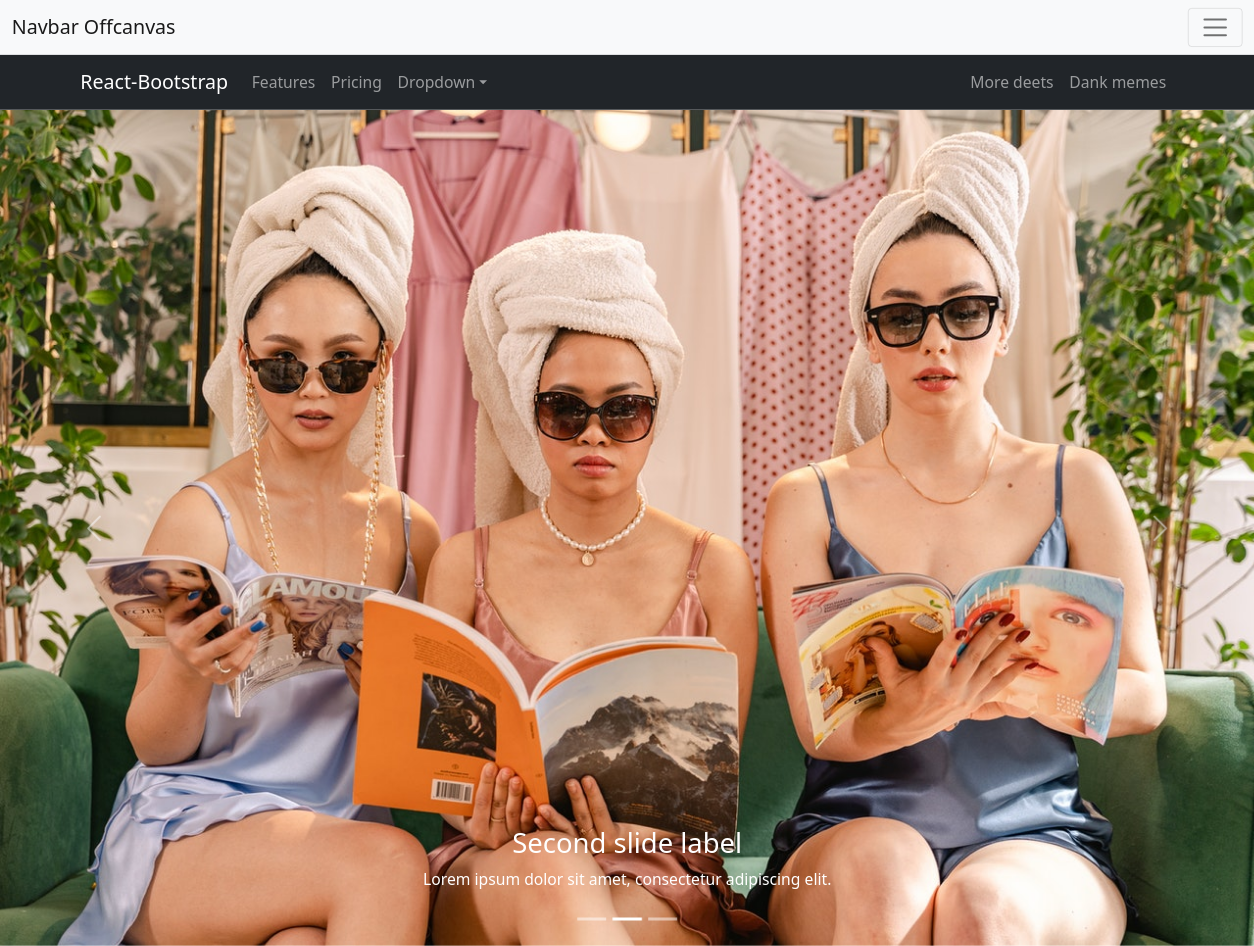
Repository: Yanira13/PruebaCodebay
Page: /
The author's editor kept a copy of each file at every save. The page is drawn from the files as they stood at one save, then again after the next save.
The browser window is 1280 px wide. The pictures show the whole page, at 98% of full size.
The project was rebuilt for these pictures with package versions that can differ from the ones it lists, and the page was loaded fresh each time. Also part of the build but not shown: src/App.css.

Above is the page before, as saved 2021-12-14 20:53:38.

After the next save:
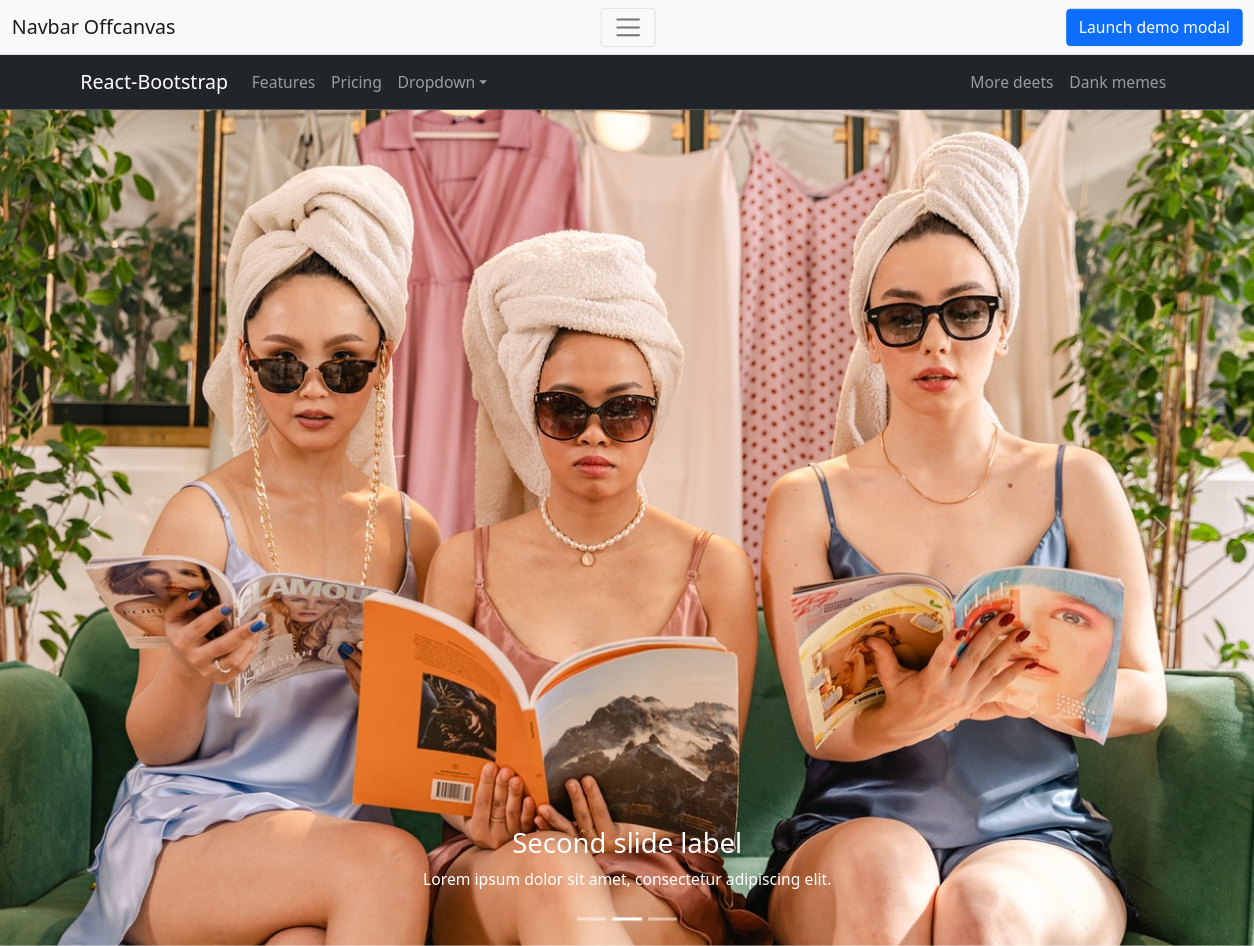
Saved 4 s later.
--- a/src/pages/Home/components/headerShop/HeaderShop.js
+++ b/src/pages/Home/components/headerShop/HeaderShop.js
@@ -40,6 +40,7 @@ export default function HeaderShop (){
                         </Form>
                     </Offcanvas.Body>
                 </Navbar.Offcanvas>
+                <Login/>
             </Container>
         </Navbar>
     )
